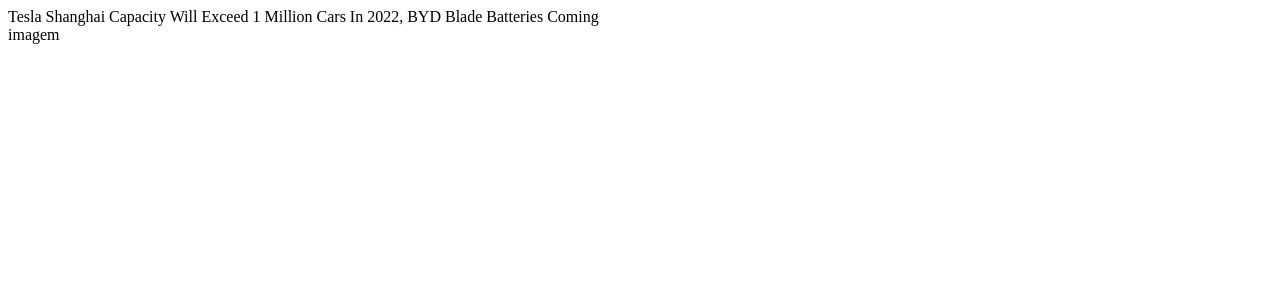
Repository: giovanabirck/lab-01-news
Page: /
The author's editor kept a copy of each file at every save. The page is drawn from the files as they stood at one save, then again after the next save.
The browser window is 1280 px wide. The pictures show the whole page.
The project was rebuilt for these pictures with package versions that can differ from the ones it lists, and the page was loaded fresh each time. The framework's server and built-in components were replaced by stand-ins that run in the browser. Also part of the build but not shown: next.config.js, styles/globals.css.

Above is the page before, as saved 2023-09-17 20:20:16.

After the next save:
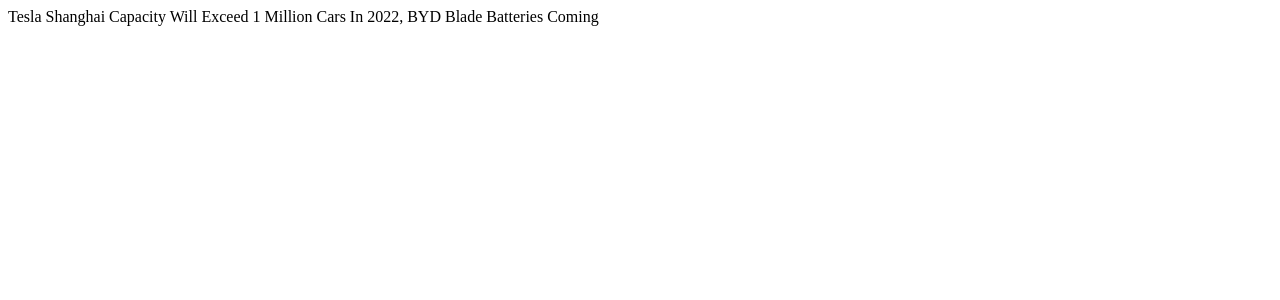
Saved 18 s later.
--- a/pages/index.js
+++ b/pages/index.js
@@ -45,7 +45,7 @@
         <div>
           {news01.title}
         </div>
-        imagem
+        {/* imagem */}
 
       </main>
     </>
